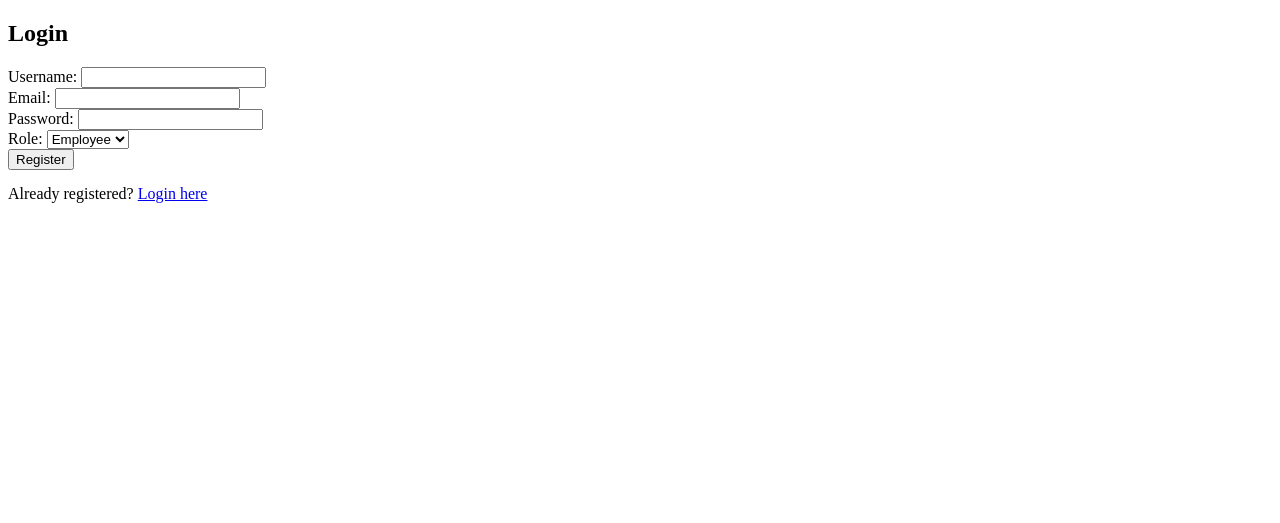
Repository: NarendarPaindla/IOTAlpha
Page: http://localhost/EmployeeLeaveManagement/register.jsp
The author's editor kept a copy of each file at every save. The page is drawn from the files as they stood at one save, then again after the next save.
The browser window is 1280 px wide. The pictures show the whole page.
The page is served by Tomcat 10.

Above is the page before, as saved 2025-02-03 05:48:38.

After the next save:
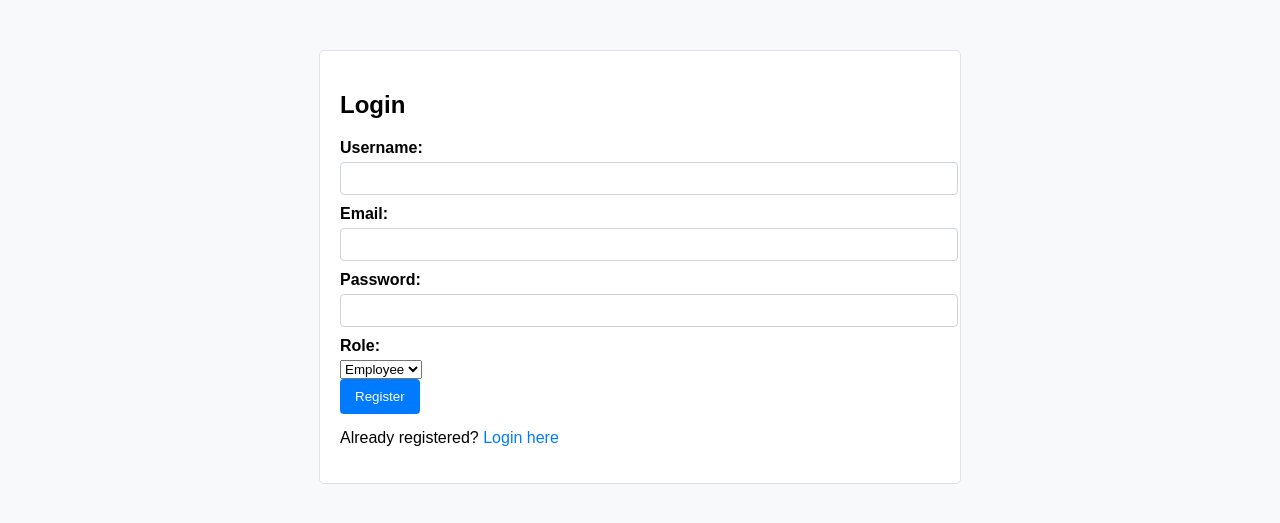
Saved 70 s later.
--- a/EmployeeLeaveManagement/src/main/webapp/register.jsp
+++ b/EmployeeLeaveManagement/src/main/webapp/register.jsp
@@ -4,7 +4,62 @@
 <html>
 <head>
 <meta charset="UTF-8">
-<title>Insert title here</title>
+<title>Register | page</title>
+<style>
+ body {
+        font-family: Arial, sans-serif;
+        background-color: #f8f9fa;
+      }
+      .container {
+        max-width: 600px;
+        margin: 50px auto;
+        background: #fff;
+        padding: 20px;
+        border: 1px solid #dee2e6;
+        border-radius: 5px;
+      }
+      h2 {
+        margin-bottom: 20px;
+      }
+      .form-label {
+        display: block;
+        margin-bottom: 5px;
+        font-weight: bold;
+      }
+      .form-control {
+        width: 100%;
+        padding: 8px;
+        margin-bottom: 10px;
+        border: 1px solid #ced4da;
+        border-radius: 4px;
+      }
+      .btn {
+        padding: 10px 15px;
+        border: none;
+        border-radius: 4px;
+        background-color: #007bff;
+        color: white;
+        cursor: pointer;
+      }
+      .btn:hover {
+        background-color: #0056b3;
+      }
+      .alert {
+        padding: 10px;
+        background-color: #d1ecf1;
+        border: 1px solid #bee5eb;
+        border-radius: 4px;
+        margin-bottom: 10px;
+        color: #0c5460;
+      }
+      a {
+        color: #007bff;
+        text-decoration: none;
+      }
+      a:hover {
+        text-decoration: underline;
+      }
+</style>
 </head>
 <body>
 <div class="container">
